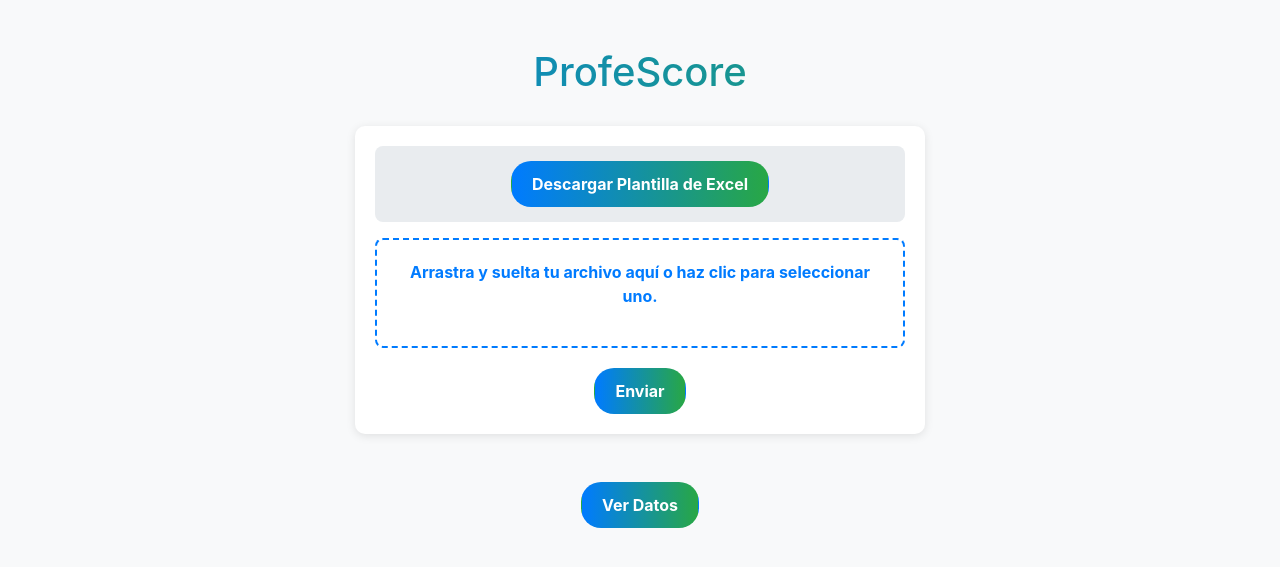
Repository: Sasonyera/ProfeScore
Page: http://localhost/index
These files come from the project's save history. The page is drawn as it stood at one moment and after the next save; the edit follows.
The browser window is 1280 px wide. The pictures show the whole page.
The page is this project's Thymeleaf template; nobody is signed in. The template is opened directly, without the code that normally fills it, so the values that code supplies are empty.

Above is the page before, as saved 2024-10-18 20:20:52.

After the next save:
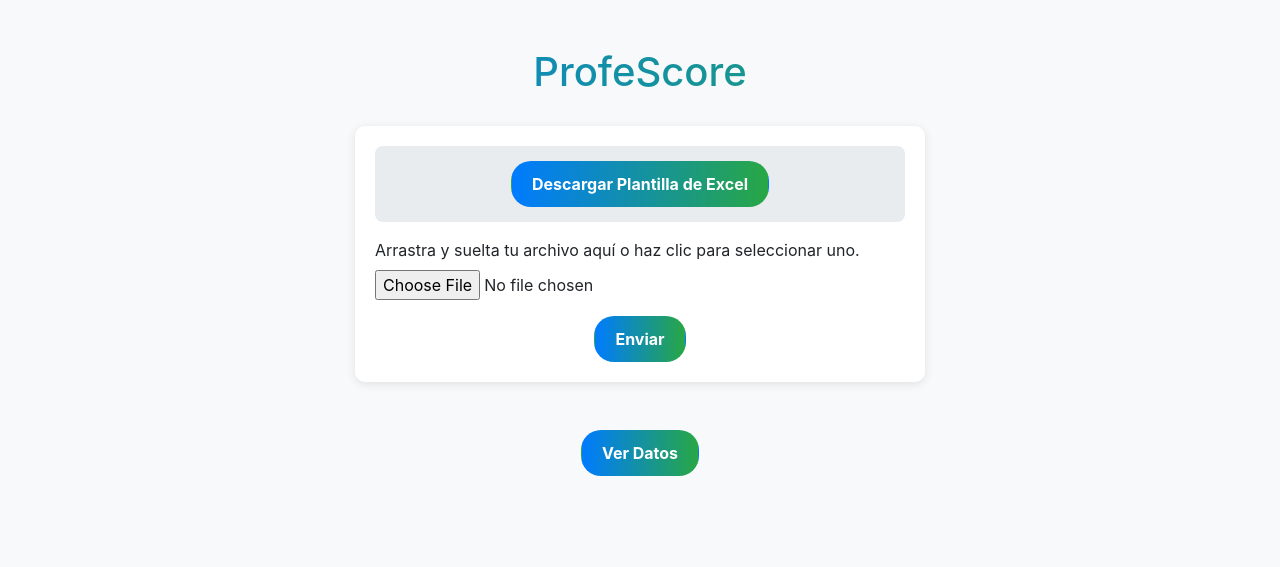
Saved 23 s later.
--- a/profescore/src/main/resources/templates/index.html
+++ b/profescore/src/main/resources/templates/index.html
@@ -7,70 +7,8 @@
     <!-- Bootstrap CSS -->
     <link rel="stylesheet" href="https://maxcdn.bootstrapcdn.com/bootstrap/4.0.0/css/bootstrap.min.css">
 
-    <!-- Estilos personalizados -->
-    <style>
-        body {
-            background-color: #f8f9fa;
-        }
-        .form-container {
-            background-color: #ffffff;
-            padding: 20px;
-            border-radius: 10px;
-            box-shadow: 0 2px 10px rgba(0, 0, 0, 0.1);
-        }
-        .button-group {
-            background-color: #e9ecef;
-            padding: 15px;
-            border-radius: 8px;
-            margin-bottom: 20px;
-            text-align: center;
-        }
-        .file-upload {
-            border: 2px dashed #007bff;
-            border-radius: 8px;
-            padding: 20px;
-            text-align: center;
-            margin-bottom: 20px;
-            cursor: pointer;
-        }
-        .file-upload.dragging {
-            border-color: #28a745;
-            background-color: #f8f9fa;
-        }
-        .file-upload label {
-            font-weight: bold;
-            color: #007bff;
-        }
-        .file-upload input {
-            display: none;
-        }
-        .file-name {
-            margin-top: 10px;
-            font-weight: bold;
-            color: #333;
-        }
-        .btn-custom {
-            background: linear-gradient(90deg, #007bff, #28a745);
-            color: white;
-            font-weight: bold;
-            border-radius: 20px;
-            padding: 10px 20px;
-            transition: background 0.3s;
-            margin: 0 auto;
-            display: block;
-            width: fit-content;
-        }
-        .btn-custom:hover {
-            background: linear-gradient(90deg, #0056b3, #218838);
-        }
-        .title {
-            font-size: 2.5rem;
-            background: linear-gradient(90deg, #007bff, #28a745);
-            -webkit-background-clip: text;
-            -webkit-text-fill-color: transparent;
-            margin-bottom: 30px;
-        }
-    </style>
+	<link rel="stylesheet" href="/styles.css">
+
 </head>
 
 <body>
